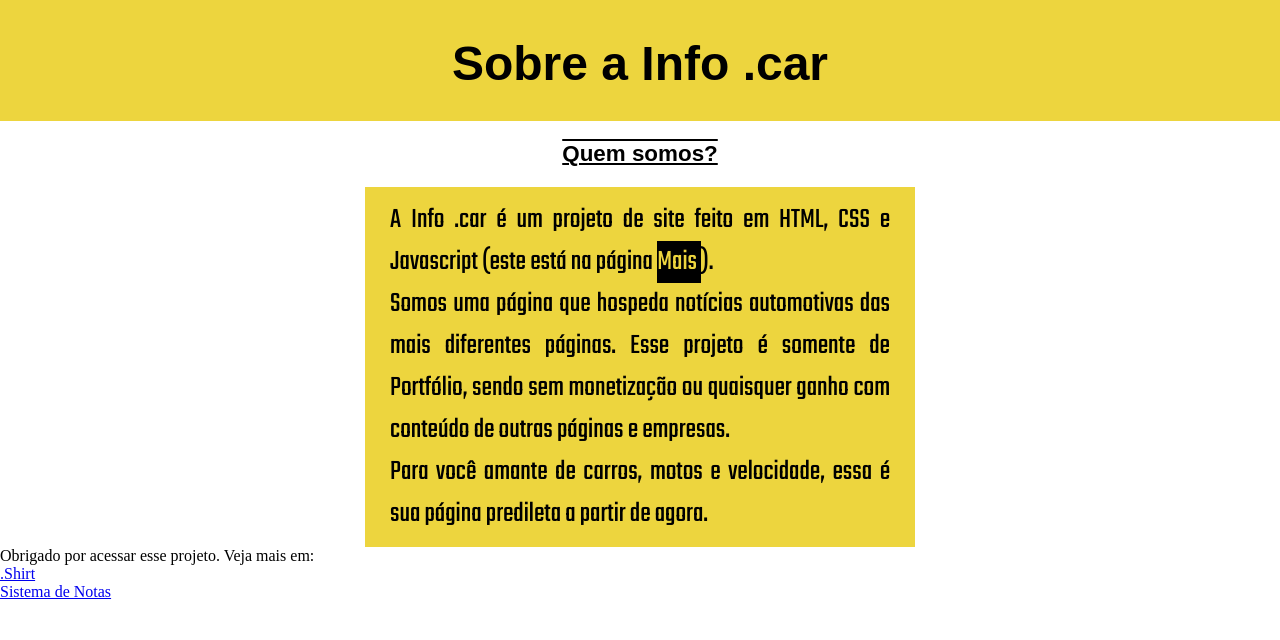
Repository: Leonngc/projeto-info.car
Page: sobre.html
These files come from the project's save history. The page is drawn as it stood at one moment and after a run of saves; the edit follows.
The browser window is 1280 px wide. The pictures show the whole page.
Some web fonts or font styles are not loaded; a fallback is used.

Above is the page before, as saved 2022-11-05 15:45:59.

After the next 2 saves:
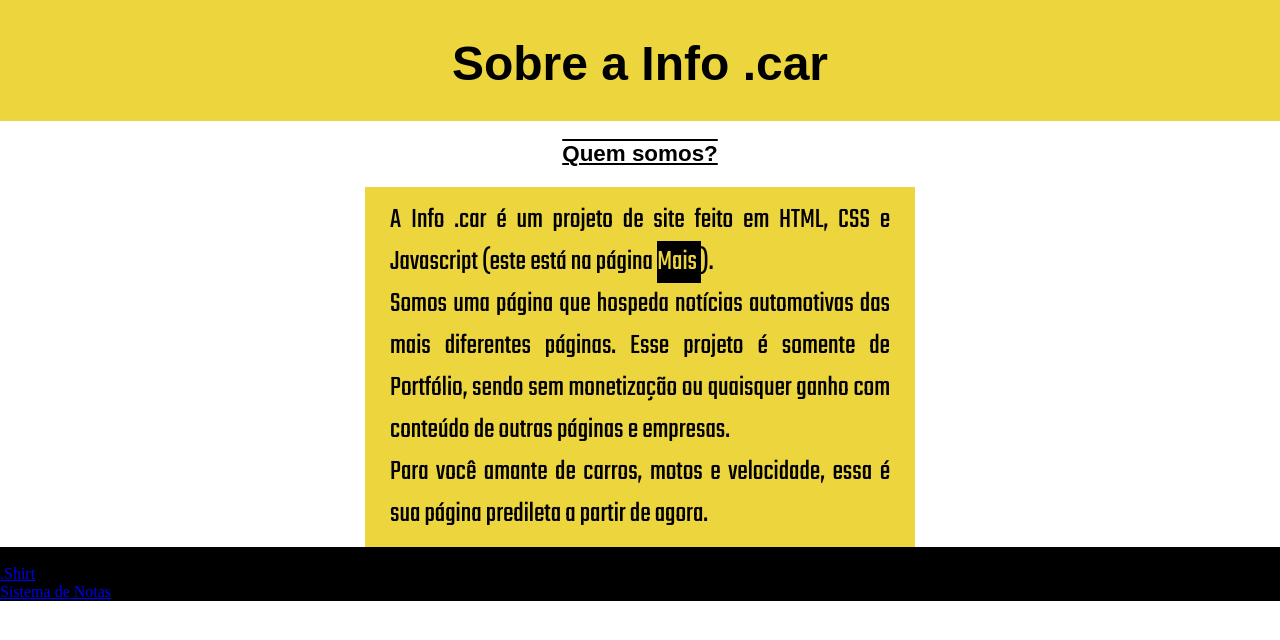
The 2 saves are shown as one change because they came seconds apart.
The last was saved 33 s later.
--- a/sobre.css
+++ b/sobre.css
@@ -60,3 +60,7 @@ article p > a{
 article p > a:hover{
         text-decoration: underline;
 }
+
+footer{
+    background-color: black;
+}
